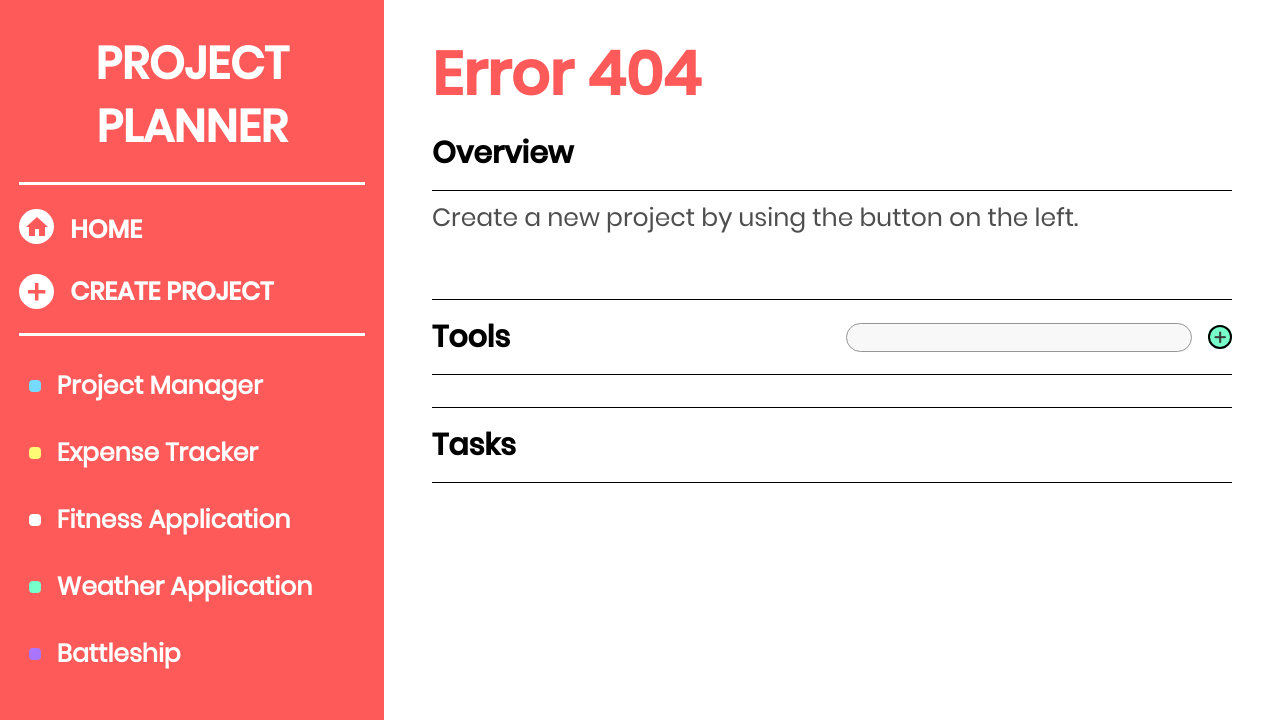
Repository: AzharMoosa/project-manager
Page: /project
These files come from the project's save history. The page is drawn as it stood at one moment and after the next save; the edit follows.
The browser window is 1280 px wide. The pictures show the whole page.
The project was rebuilt for these pictures with package versions that can differ from the ones it lists, and the page was loaded fresh each time. A package was used in the major version that the imports need, not the one package.json lists. Also part of the build but not shown: src/components/home/ProgressBar.js, src/components/home/ProjectProgress.js, src/components/home/Home.js, src/components/current-project/Task.js.

Above is the page before, as saved 2020-06-24 11:15:54.

After the next save:
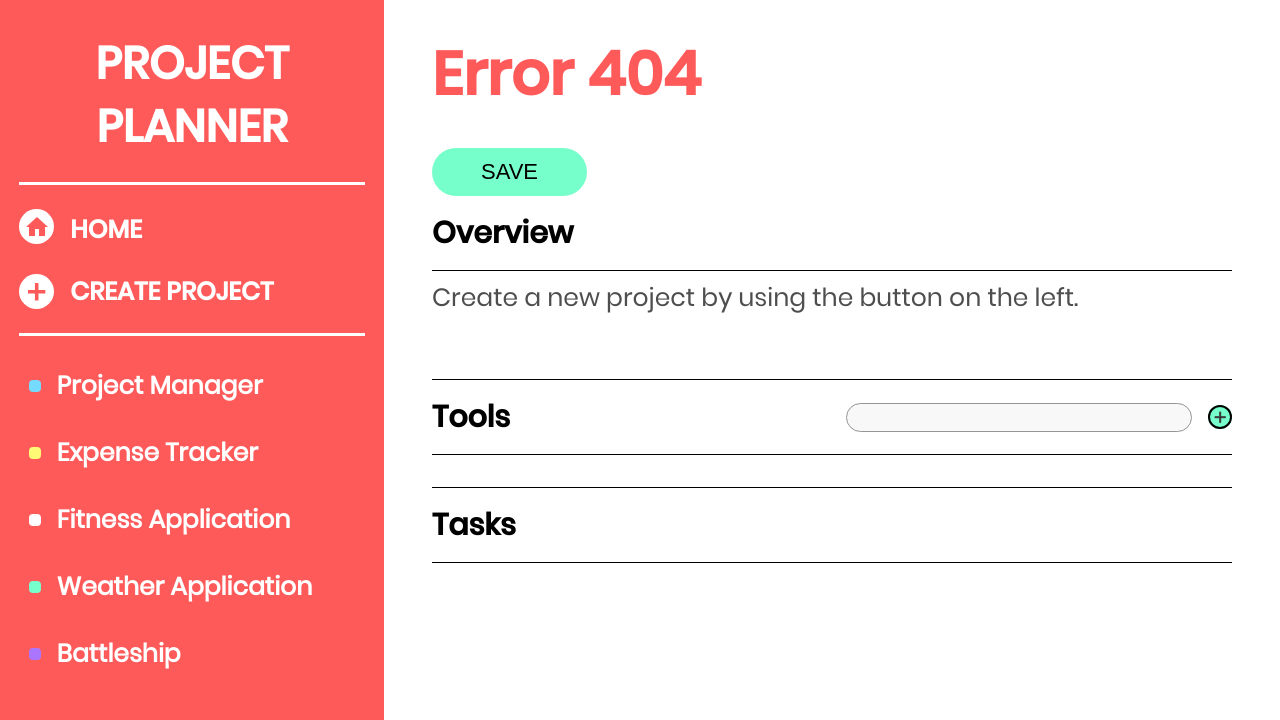
Saved 34 s later.
--- a/src/components/current-project/CurrentProject.js
+++ b/src/components/current-project/CurrentProject.js
@@ -33,6 +33,7 @@ const CurrentProject = () => {
     <div className='selected-project'>
       <div className='selected-project-head'>
         <h1 className='selected-project-title'>{selectedProject.name}</h1>
+        <button className='create-btn'>SAVE</button>
       </div>
 
       <h3 className='selected-project-heading'>Overview</h3>
